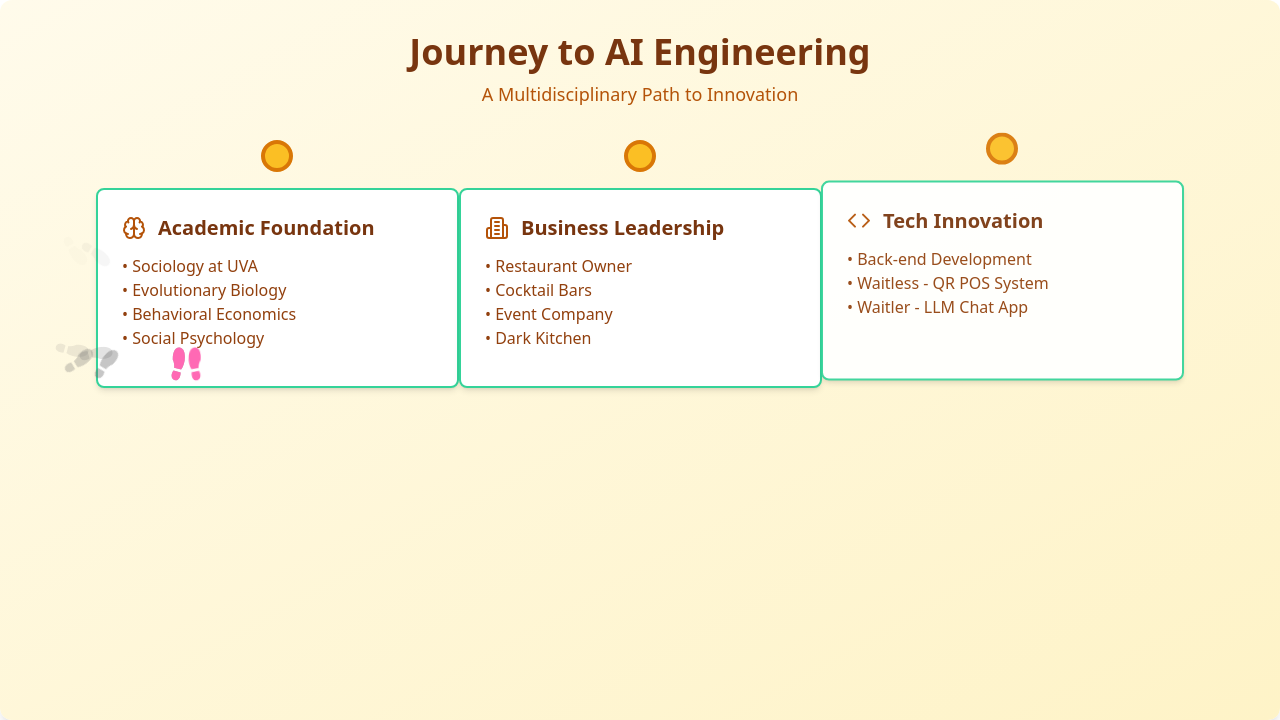
Repository: Galbaz1/dell_presentation
Page: /
These files come from the project's save history. The page is drawn as it stood at one moment and after the next save; the edit follows.
The browser window is 1280 px wide. The pictures show the whole page.
The project was rebuilt for these pictures with package versions that can differ from the ones it lists, and the page was loaded fresh each time. The framework's server and built-in components were replaced by stand-ins that run in the browser.

Above is the page before, as saved 2024-11-11 13:17:11.

### pages/_app.tsx
import '../styles/globals.css'
import '../styles/speaker_intro.css'
import type { AppProps } from 'next/app'

function MyApp({ Component, pageProps }: AppProps) {
  return <Component {...pageProps} />
}

export default MyApp

### pages/index.tsx
import React from 'react';
import { Brain, Building2, Code, Users, ArrowRight, RefreshCcw } from 'lucide-react';
import FootstepsAnimation from '../components/FootstepsAnimation';

const SpeakerSlide: React.FC = () => {
  return (
    <div className="bg-gradient-to-br from-amber-50 to-amber-100 p-8 rounded-xl shadow-lg min-h-screen overflow-hidden">
      {/* Header */}
      <div className="mb-12 text-center">
        <h1 className="text-4xl font-bold text-amber-900 mb-2">Journey to AI Engineering</h1>
        <p className="text-lg text-amber-700">A Multidisciplinary Path to Innovation</p>
      </div>

      {/* Journey Map */}
      <div className="relative mb-16 mx-auto max-w-[1400px]">
        <FootstepsAnimation />
        {/* Journey Stations */}
        <div className="relative flex justify-between items-center px-16">
          {/* Academic Foundation */}
          <div className="w-96 relative fall-animation">
            <div className="absolute -top-4 left-1/2 transform -translate-x-1/2">
              <div className="w-8 h-8 rounded-full bg-amber-400 border-4 border-amber-600" />
            </div>
            <div className="bg-white p-6 rounded-lg shadow-md mt-8 h-[200px] flex flex-col border-2 border-emerald-400">
              <h2 className="text-xl font-semibold text-amber-900 mb-3 flex items-center">
                <Brain className="mr-3 text-amber-700 w-6 h-6" /> Academic Foundation
              </h2>
              <ul className="text-base text-amber-800 flex-1">
                <li>• Sociology at UVA</li>
                <li>• Evolutionary Biology</li>
                <li>• Behavioral Economics</li>
                <li>• Social Psychology</li>
              </ul>
            </div>
          </div>

          {/* Business Experience */}
          <div className="w-96 relative fall-animation fall-animation-delay-1">
            <div className="absolute -top-4 left-1/2 transform -translate-x-1/2">
              <div className="w-8 h-8 rounded-full bg-amber-400 border-4 border-amber-600" />
            </div>
            <div className="bg-white p-6 rounded-lg shadow-md mt-8 h-[200px] flex flex-col border-2 border-emerald-400">
              <h2 className="text-xl font-semibold text-amber-900 mb-3 flex items-center">
                <Building2 className="mr-3 text-amber-700 w-6 h-6" /> Business Leadership
              </h2>
              <ul className="text-base text-amber-800 flex-1">
                <li>• Restaurant Owner</li>
                <li>• Cocktail Bars</li>
                <li>• Event Company</li>
                <li>• Dark Kitchen</li>
              </ul>
            </div>
          </div>

          {/* Tech Innovation */}
          <div className="w-96 relative fall-animation fall-animation-delay-2">
            <div className="absolute -top-4 left-1/2 transform -translate-x-1/2">
              <div className="w-8 h-8 rounded-full bg-amber-400 border-4 border-amber-600" />
            </div>
            <div className="bg-white p-6 rounded-lg shadow-md mt-8 h-[200px] flex flex-col border-2 border-emerald-400">
              <h2 className="text-xl font-semibold text-amber-900 mb-3 flex items-center">
                <Code className="mr-3 text-amber-700 w-6 h-6" /> Tech Innovation
              </h2>
              <ul className="text-base text-amber-800 flex-1">
                <li>• Back-end Development</li>
                <li>• Waitless - QR POS System</li>
                <li>• Waitler - LLM Chat App</li>
              </ul>
            </div>
          </div>
        </div>
      </div>

      {/* Current Roles Synergy Circle */}
      <div className="relative max-w-[1200px] mx-auto mt-24">
        {/* Synergy Arrows */}
        <div className="absolute left-0 right-0 mx-auto w-28 top-[80px] synergy-animation z-10">
          <div className="relative w-full h-full">
            <RefreshCcw className="w-full h-full text-amber-600 animate-spin-slow" />
            <div className="absolute top-1/2 left-1/2 transform -translate-x-1/2 -translate-y-1/2 text-sm text-amber-800 font-semibold bg-white px-3 py-1 rounded">
              Synergy
            </div>
          </div>
        </div>

        <div className="flex justify-between items-center synergy-animation px-16">
          {/* AI Engineering Role */}
          <div className="w-[480px] bg-white p-8 rounded-lg shadow-md border-2 border-amber-400 h-[160px] flex flex-col">
            <h2 className="text-2xl font-semibold text-amber-900 mb-3 flex items-center">
              <Brain className="mr-3 text-amber-700 w-6 h-6" /> AI Engineering
            </h2>
            <p className="text-base text-amber-800">
              Freelance AI solutions architect combining technical expertise with business acumen
            </p>
          </div>

          {/* AI Builders Role */}
          <div className="w-[480px] bg-white p-8 rounded-lg shadow-md border-2 border-amber-400 h-[160px] flex flex-col">
            <h2 className="text-2xl font-semibold text-amber-900 mb-3 flex items-center">
              <Users className="mr-3 text-amber-700 w-6 h-6" /> AI Builders Club
            </h2>
            <p className="text-base text-amber-800">
              Community lead fostering AI innovation in Amsterdam, Rotterdam, and Berlin
            </p>
          </div>
        </div>
      </div>
    </div>
  );
};

export default SpeakerSlide;

### styles/speaker_intro.css
@keyframes spin-slow {
  from {
    transform: rotate(0deg);
  }
  to {
    transform: rotate(360deg);
  }
}

.animate-spin-slow {
  animation: spin-slow 20s linear infinite;
}

@keyframes fallIn {
  0% {
    transform: translateY(-100vh) rotate(0deg);
    opacity: 0;
  }
  60% {
    transform: translateY(20px) rotate(720deg);
  }
  80% {
    transform: translateY(-10px) rotate(720deg);
  }
  100% {
    transform: translateY(0) rotate(720deg);
    opacity: 1;
  }
}

@keyframes footsteps {
  0% {
    clip-path: inset(0 100% 0 0);
  }
  100% {
    clip-path: inset(0 0 0 0);
  }
}

@keyframes dotted-line {
  0% {
    stroke-dashoffset: 1000;
  }
  100% {
    stroke-dashoffset: 0;
  }
}

@keyframes synergy-appear {
  0% {
    transform: scale(0) rotate(0deg);
    opacity: 0;
  }
  100% {
    transform: scale(1) rotate(360deg);
    opacity: 1;
  }
}

.fall-animation {
  opacity: 0;
  animation: fallIn 2s cubic-bezier(0.25, 0.46, 0.45, 0.94) forwards;
}

.fall-animation-delay-1 {
  animation-delay: 2s;
}

.fall-animation-delay-2 {
  animation-delay: 4s;
}

.footsteps-path {
  stroke-dasharray: 10;
  stroke-dashoffset: 1000;
  animation: dotted-line 1.5s ease-in-out forwards;
}

.footsteps-animation-1 {
  animation-delay: 1.5s;
}

.footsteps-animation-2 {
  animation-delay: 3.5s;
}

.synergy-animation {
  opacity: 0;
  animation: synergy-appear 2s cubic-bezier(0.34, 1.56, 0.64, 1) forwards;
  animation-delay: 6s;
}

/* Footsteps styling */
.footstep {
  position: absolute;
  width: 24px;
  height: 36px;
  fill: #ff69b4;
  opacity: 1;
  transform-origin: center;
  z-index: 50;
}

.footstep.active {
  opacity: 1;
}

.footstep.trail {
  fill: #666;
  opacity: 0.5;
}

.ghost-trail .footstep {
  fill: #666;
  opacity: 0.5;
}

/* First block path animation */
@keyframes first-block-path {
  0% { transform: translate(0, 0) rotate(0deg); opacity: 0; }
  5% { transform: translate(0, 0) rotate(0deg); opacity: 1; }
  20% { transform: translate(-100px, 0) rotate(-90deg); }
  35% { transform: translate(-100px, 100px) rotate(-90deg); }
  50% { transform: translate(0, 100px) rotate(0deg); }
  65% { transform: translate(0, 0) rotate(90deg); }
  80% { transform: translate(100px, 0) rotate(90deg); }
  95% { transform: translate(100px, 0) rotate(90deg); opacity: 1; }
  100% { transform: translate(100px, 0) rotate(90deg); opacity: 0; }
}

.first-block-path .left-step {
  animation: first-block-path 4s ease-in-out forwards;
}

.first-block-path .right-step {
  animation: first-block-path 4s ease-in-out 0.5s forwards;
}

/* Second block path animation */
@keyframes second-block-path {
  /* Similar to first-block-path but adjusted for second block position */
}

.second-block-path .left-step {
  animation: second-block-path 4s ease-in-out 4s forwards;
}

.second-block-path .right-step {
  animation: second-block-path 4s ease-in-out 4.5s forwards;
}

/* Third block path animation */
@keyframes third-block-path {
  /* Similar to previous paths but adjusted for third block position */
}

.third-block-path .left-step {
  animation: third-block-path 4s ease-in-out 8s forwards;
}

.third-block-path .right-step {
  animation: third-block-path 4s ease-in-out 8.5s forwards;
}

/* Trail effect */
.footstep-trail {
  position: absolute;
  opacity: 0.3;
  transition: opacity 0.5s ease-out;
}

.footstep-trail.fade {
  opacity: 0;
}

.ghost-trail {
  fill: #666;
  opacity: 0.5;
  transition: opacity 0.5s ease-out;
}

.ghost-trail-container {
  position: absolute;
  top: 0;
  left: 0;
  width: 100%;
  height: 100%;
  pointer-events: none;
}

### components/FootstepsAnimation.tsx
import React, { useEffect, useRef } from 'react';
import gsap from 'gsap';

interface FootProps {
  ref: React.RefObject<SVGSVGElement>;
}

const RightFootprint = React.forwardRef<SVGSVGElement>((_, ref) => (
  <svg
    ref={ref}
    width="24"
    height="36"
    viewBox="0 0 16 32"
    fill="currentColor"
    xmlns="http://www.w3.org/2000/svg"
    className="footstep right-step"
  >
    <path d="M5.058 20.918l6.21-1.664c-0.204-2.22 0-4.745 1.205-7.11 0.18-6.195-1.867-11.962-6.835-10.631-5.468 1.465-4.865 13.899-0.58 19.404v0zM5.468 23.537c0.343 11.974 12.512 6.497 6.318-1.693l-6.318 1.693z" />
  </svg>
));

const LeftFootprint = React.forwardRef<SVGSVGElement>((_, ref) => (
  <svg
    ref={ref}
    width="24"
    height="36"
    viewBox="20 0 16 32"
    fill="currentColor"
    xmlns="http://www.w3.org/2000/svg"
    className="footstep left-step"
  >
    <path d="M27.227 20.917l-6.21-1.664c0.204-2.22-0-4.745-1.205-7.11-0.18-6.195 1.867-11.962 6.835-10.631 5.468 1.466 4.865 13.9 0.58 19.404v0zM26.818 23.536c-0.343 11.973-12.512 6.497-6.318-1.693l6.318 1.693z" />
  </svg>
));

const FootstepsAnimation: React.FC = () => {
  const leftFootRef = useRef<SVGSVGElement>(null);
  const rightFootRef = useRef<SVGSVGElement>(null);
  const ghostTrailRef = useRef<HTMLDivElement>(null);

  useEffect(() => {
    if (!leftFootRef.current || !rightFootRef.current || !ghostTrailRef.current) return;

    // Define the paths with curved transitions and natural walking distances
    const blockPaths = {
      academic: [
        { x: 150, y: 80 },   // Start above Academic block
        { x: 140, y: 70 },   // Slight curve up
        { x: 50, y: 70 },    // Move left with slight rise
        { x: 40, y: 80 },    // Curve down at corner
        { x: 40, y: 180 },   // Down left side
        { x: 50, y: 190 },   // Curve at bottom left
        { x: 150, y: 190 },  // Move right along bottom
        { x: 160, y: 180 },  // Curve at bottom right
        { x: 160, y: 80 },   // Up right side
        { x: 180, y: 70 },   // Curve out for transition
      ],
      business: [
        { x: 380, y: 70 },   // Approach Business block
        { x: 390, y: 70 },   // Slight curve up
        { x: 300, y: 70 },   // Move left with slight rise
        { x: 290, y: 80 },   // Curve down at corner
        { x: 290, y: 180 },  // Down left side
        { x: 300, y: 190 },  // Curve at bottom left
        { x: 400, y: 190 },  // Move right along bottom
        { x: 410, y: 180 },  // Curve at bottom right
        { x: 410, y: 80 },   // Up right side
        { x: 430, y: 70 },   // Curve out for transition
      ],
      tech: [
        { x: 630, y: 70 },   // Approach Tech block
        { x: 640, y: 70 },   // Slight curve up
        { x: 550, y: 70 },   // Move left with slight rise
        { x: 540, y: 80 },   // Curve down at corner
        { x: 540, y: 180 },  // Down left side
        { x: 550, y: 190 },  // Curve at bottom left
        { x: 650, y: 190 },  // Move right along bottom
        { x: 660, y: 180 },  // Curve at bottom right
        { x: 660, y: 80 },   // Up right side
        { x: 670, y: 70 },   // Final position
      ],
    };

    const createGhostTrail = (
      element: SVGSVGElement,
      x: number,
      y: number,
      rotation: number = 0
    ): void => {
      if (!ghostTrailRef.current) return;

      const ghost = element.cloneNode(true) as SVGSVGElement;
      ghost.style.position = 'absolute';
      ghost.style.left = `${x}px`;
      ghost.style.top = `${y}px`;
      ghost.style.transform = `rotate(${rotation}deg)`;
      ghost.classList.add('ghost-trail');

      ghostTrailRef.current.appendChild(ghost);

      gsap.to(ghost, {
        opacity: 0,
        duration: 3,
        ease: "power1.out",
        onComplete: () => ghost.remove(),
      });
    };

    const animateFootstep = (
      foot: SVGSVGElement,
      path: Array<{x: number, y: number}>,
      delay: number,
      isLeft: boolean
    ): void => {
      path.forEach((point, index) => {
        const prevPoint = index > 0 ? path[index - 1] : point;
        const rotation = Math.atan2(point.y - prevPoint.y, point.x - prevPoint.x) * 180 / Math.PI;

        gsap.to(foot, {
          x: point.x + (isLeft ? -12 : 12),
          y: point.y,
          rotation: rotation,
          duration: 0.4,
          delay: delay + (index * 0.8),
          ease: "power2.inOut",
          onComplete: () => createGhostTrail(
            foot,
            point.x + (isLeft ? -12 : 12),
            point.y,
            rotation
          ),
        });
      });
    };

    // Start animations with proper timing
    const timeline = gsap.timeline();

    // Academic block
    animateFootstep(leftFootRef.current, blockPaths.academic, 0, true);
    animateFootstep(rightFootRef.current, blockPaths.academic, 0.4, false);

    // Business block (start after academic block)
    animateFootstep(leftFootRef.current, blockPaths.business, 8, true);
    animateFootstep(rightFootRef.current, blockPaths.business, 8.4, false);

    // Tech block (start after business block)
    animateFootstep(leftFootRef.current, blockPaths.tech, 16, true);
    animateFootstep(rightFootRef.current, blockPaths.tech, 16.4, false);

    return () => {
      timeline.kill();
    };
  }, []);

  return (
    <div className="absolute inset-0 pointer-events-none">
      <div ref={ghostTrailRef} className="ghost-trail-container" />
      <LeftFootprint ref={leftFootRef} />
      <RightFootprint ref={rightFootRef} />
    </div>
  );
};

RightFootprint.displayName = 'RightFootprint';
LeftFootprint.displayName = 'LeftFootprint';

export default FootstepsAnimation;

### tailwind.config.js
/** @type {import('tailwindcss').Config} */
module.exports = {
  content: [
    "./pages/**/*.{js,ts,jsx,tsx}",
    "./components/**/*.{js,ts,jsx,tsx}",
    "./styles/**/*.css",
  ],
  theme: {
    extend: {},
  },
  plugins: [],
}

Loaded but not shown: styles/globals.css (common file)

After the next save:
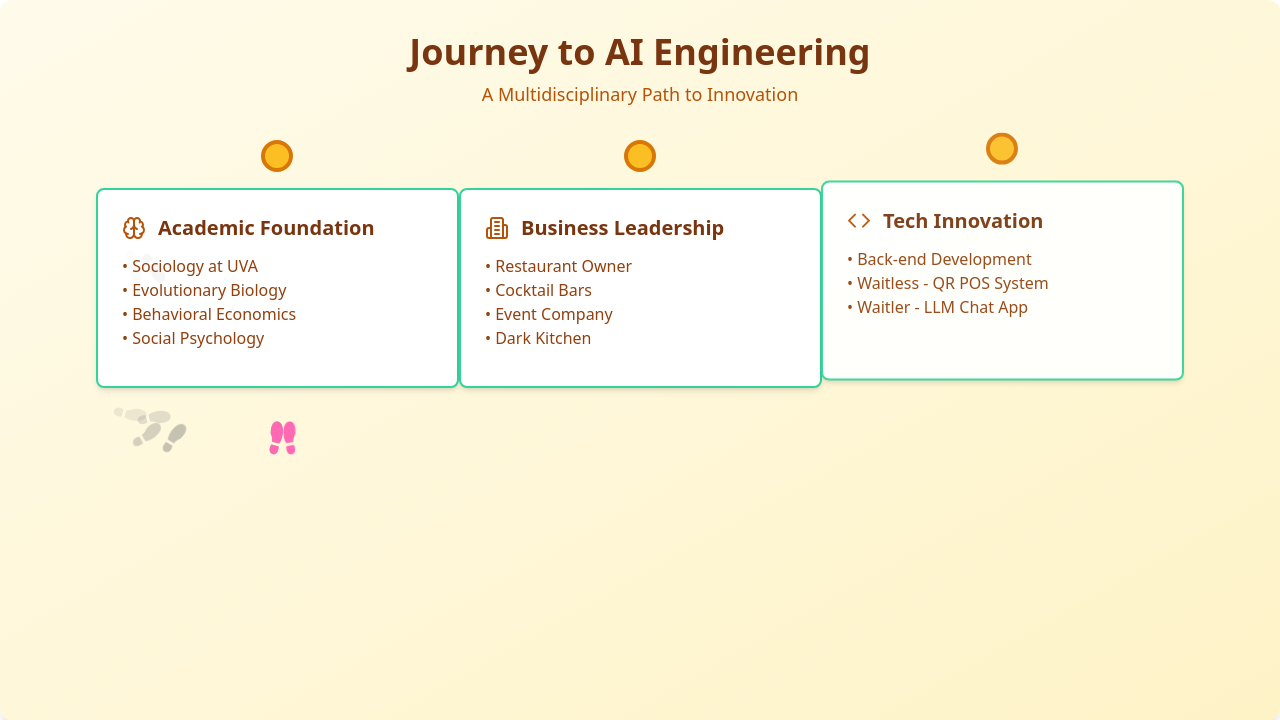
Saved 2 s later.
--- a/styles/speaker_intro.css
+++ b/styles/speaker_intro.css
@@ -174,16 +174,19 @@
 }
 
 .ghost-trail {
+  position: absolute;
   fill: #666;
   opacity: 0.5;
   transition: opacity 0.5s ease-out;
+  z-index: 50;
 }
 
 .ghost-trail-container {
-  position: absolute;
+  position: fixed;
   top: 0;
   left: 0;
   width: 100%;
   height: 100%;
   pointer-events: none;
+  z-index: 50;
 }
--- a/components/FootstepsAnimation.tsx
+++ b/components/FootstepsAnimation.tsx
@@ -41,43 +41,44 @@ const FootstepsAnimation: React.FC = () => {
   useEffect(() => {
     if (!leftFootRef.current || !rightFootRef.current || !ghostTrailRef.current) return;
 
-    // Define the paths with curved transitions and natural walking distances
+    // Adjusted paths based on typical block sizes (300px width, 200px height)
+    // and proper spacing between blocks (150px gap)
     const blockPaths = {
       academic: [
-        { x: 150, y: 80 },   // Start above Academic block
-        { x: 140, y: 70 },   // Slight curve up
-        { x: 50, y: 70 },    // Move left with slight rise
-        { x: 40, y: 80 },    // Curve down at corner
-        { x: 40, y: 180 },   // Down left side
-        { x: 50, y: 190 },   // Curve at bottom left
-        { x: 150, y: 190 },  // Move right along bottom
-        { x: 160, y: 180 },  // Curve at bottom right
-        { x: 160, y: 80 },   // Up right side
-        { x: 180, y: 70 },   // Curve out for transition
+        { x: 300, y: 250 },   // Start above Academic block
+        { x: 280, y: 240 },   // Slight curve up
+        { x: 150, y: 240 },   // Move left with slight rise
+        { x: 130, y: 250 },   // Curve down at corner
+        { x: 130, y: 400 },   // Down left side
+        { x: 150, y: 420 },   // Curve at bottom left
+        { x: 280, y: 420 },   // Move right along bottom
+        { x: 300, y: 400 },   // Curve at bottom right
+        { x: 300, y: 250 },   // Up right side
+        { x: 320, y: 240 },   // Curve out for transition
       ],
       business: [
-        { x: 380, y: 70 },   // Approach Business block
-        { x: 390, y: 70 },   // Slight curve up
-        { x: 300, y: 70 },   // Move left with slight rise
-        { x: 290, y: 80 },   // Curve down at corner
-        { x: 290, y: 180 },  // Down left side
-        { x: 300, y: 190 },  // Curve at bottom left
-        { x: 400, y: 190 },  // Move right along bottom
-        { x: 410, y: 180 },  // Curve at bottom right
-        { x: 410, y: 80 },   // Up right side
-        { x: 430, y: 70 },   // Curve out for transition
+        { x: 600, y: 240 },   // Approach Business block
+        { x: 580, y: 240 },   // Slight curve up
+        { x: 450, y: 240 },   // Move left with slight rise
+        { x: 430, y: 250 },   // Curve down at corner
+        { x: 430, y: 400 },   // Down left side
+        { x: 450, y: 420 },   // Curve at bottom left
+        { x: 580, y: 420 },   // Move right along bottom
+        { x: 600, y: 400 },   // Curve at bottom right
+        { x: 600, y: 250 },   // Up right side
+        { x: 620, y: 240 },   // Curve out for transition
       ],
       tech: [
-        { x: 630, y: 70 },   // Approach Tech block
-        { x: 640, y: 70 },   // Slight curve up
-        { x: 550, y: 70 },   // Move left with slight rise
-        { x: 540, y: 80 },   // Curve down at corner
-        { x: 540, y: 180 },  // Down left side
-        { x: 550, y: 190 },  // Curve at bottom left
-        { x: 650, y: 190 },  // Move right along bottom
-        { x: 660, y: 180 },  // Curve at bottom right
-        { x: 660, y: 80 },   // Up right side
-        { x: 670, y: 70 },   // Final position
+        { x: 900, y: 240 },   // Approach Tech block
+        { x: 880, y: 240 },   // Slight curve up
+        { x: 750, y: 240 },   // Move left with slight rise
+        { x: 730, y: 250 },   // Curve down at corner
+        { x: 730, y: 400 },   // Down left side
+        { x: 750, y: 420 },   // Curve at bottom left
+        { x: 880, y: 420 },   // Move right along bottom
+        { x: 900, y: 400 },   // Curve at bottom right
+        { x: 900, y: 250 },   // Up right side
+        { x: 920, y: 240 },   // Final position
       ],
     };
 
@@ -154,8 +155,12 @@ const FootstepsAnimation: React.FC = () => {
   }, []);
 
   return (
-    <div className="absolute inset-0 pointer-events-none">
-      <div ref={ghostTrailRef} className="ghost-trail-container" />
+    <div className="fixed inset-0 pointer-events-none" style={{ zIndex: 50 }}>
+      <div
+        ref={ghostTrailRef}
+        className="ghost-trail-container"
+        style={{ zIndex: 50 }}
+      />
       <LeftFootprint ref={leftFootRef} />
       <RightFootprint ref={rightFootRef} />
     </div>
